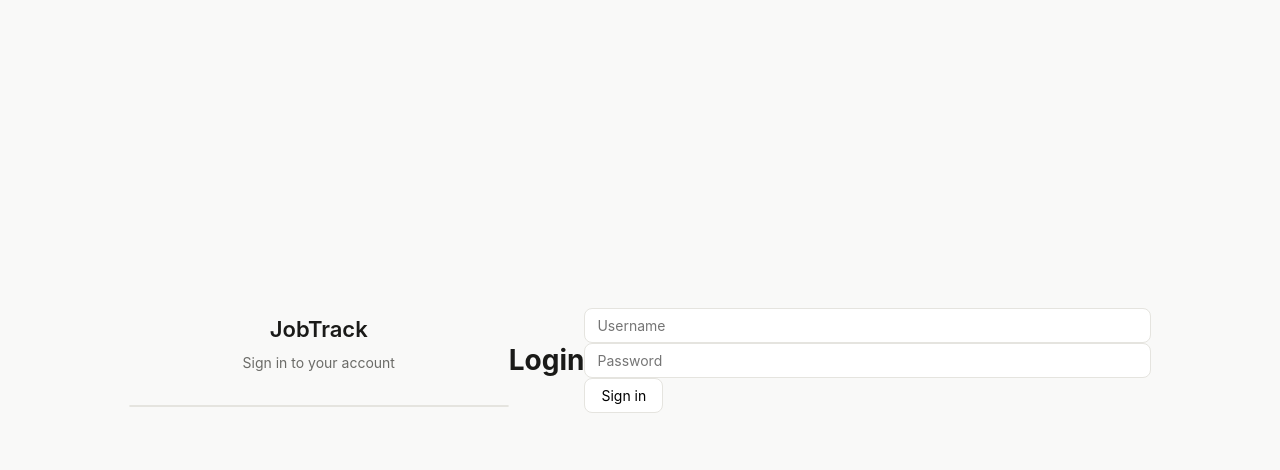
Repository: adtm0/jobtracker
Page: /login (app in frontend/)
The author's editor kept a copy of each file at every save. The page is drawn from the files as they stood at one save, then again after the next save.
The browser window is 1280 px wide. The pictures show the whole page.
The project was rebuilt for these pictures with package versions that can differ from the ones it lists, and the page was loaded fresh each time. Also part of the build but not shown: frontend/vite.config.js, frontend/src/pages/Register.jsx, frontend/src/pages/Dashboard.jsx, frontend/src/pages/Jobs.jsx, frontend/src/pages/JobForm.jsx, frontend/src/components/Navbar.jsx.

Above is the page before, as saved 2026-04-19 18:18:33.

After the next save:
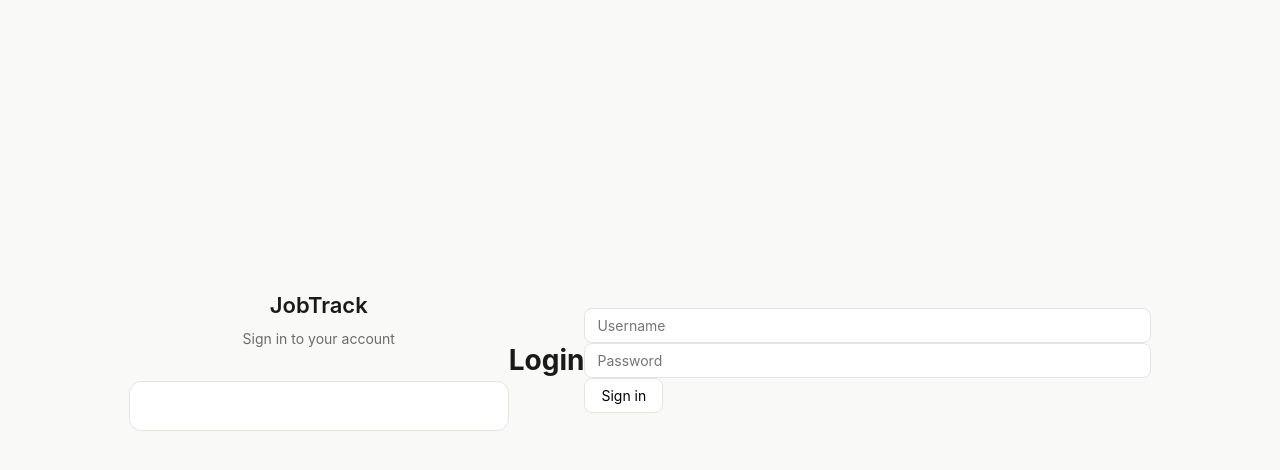
Saved 5 s later.
--- a/frontend/src/pages/Login.jsx
+++ b/frontend/src/pages/Login.jsx
@@ -37,7 +37,8 @@ export default function Login() {
         <div style={{
           background: '#fff',
           border: '1px solid #e5e4df',
-          borderRadius: 12
+          borderRadius: 12,
+          padding: 24
         }}></div>
       </div>
       <h1>Login</h1>
